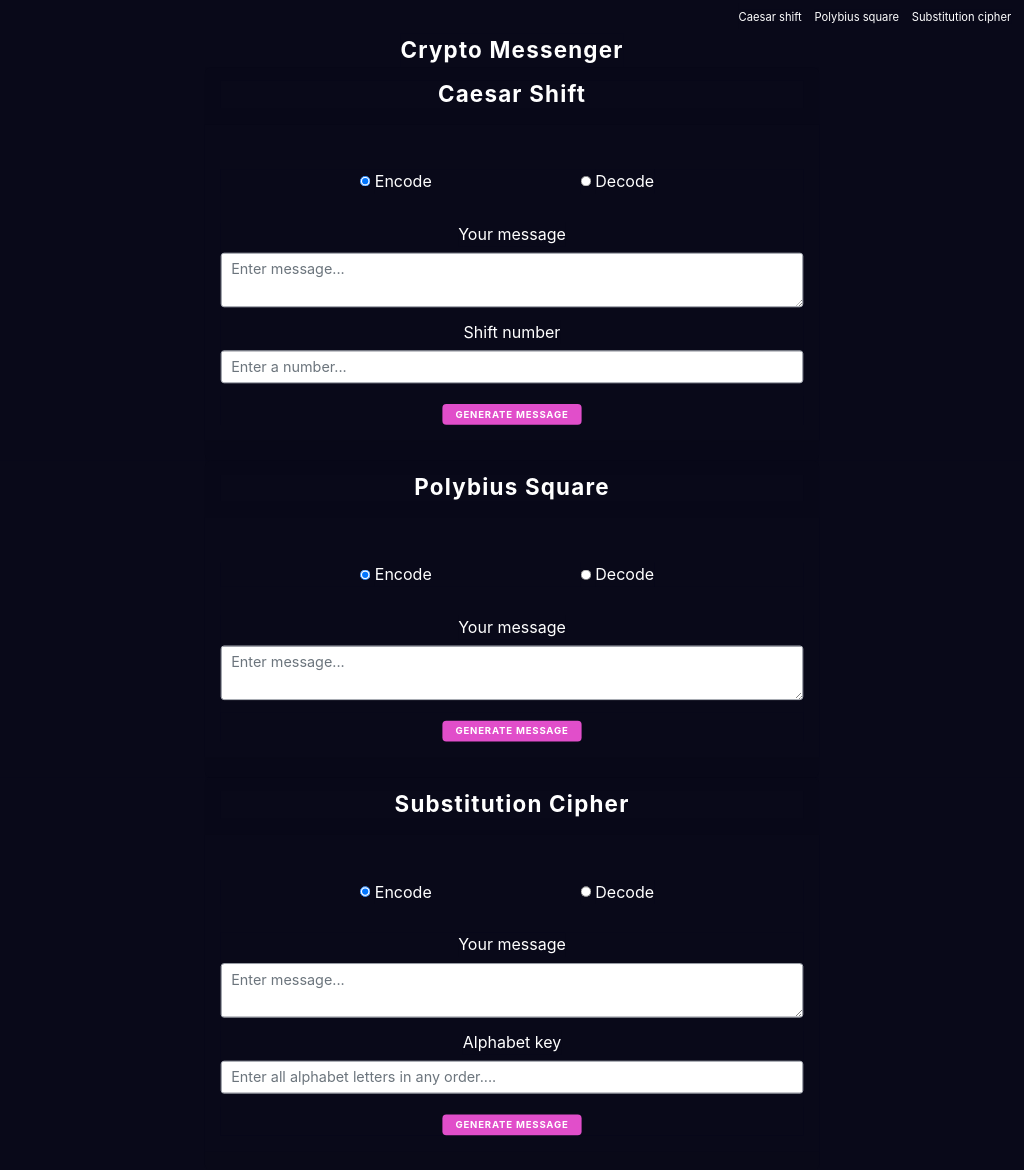
Repository: Rthompson2548/Project-Decoder-Ring
Page: index.html
These files come from the project's save history. The page is drawn as it stood at one moment and after the next save; the edit follows.
The browser window is 1280 px wide. The pictures show the whole page, at 80% of full size.

Above is the page before, as saved 2022-04-09 20:20:36.

### index.html
<!DOCTYPE html>
<html lang="en">

<head>
  <!-- Required meta tags -->
  <meta charset="utf-8" />
  <meta name="viewport" content="width=device-width, initial-scale=1, shrink-to-fit=no" />
  <link rel="icon" href="images/favicon.ico" />
  <link rel="stylesheet" type="text/css" href="index.css" />
  <link rel="stylesheet" href="https://stackpath.bootstrapcdn.com/bootstrap/4.5.2/css/bootstrap.min.css"
    integrity="sha384-JcKb8q3iqJ61gNV9KGb8thSsNjpSL0n8PARn9HuZOnIxN0hoP+VmmDGMN5t9UJ0Z" crossorigin="anonymous" />
<link rel="preconnect" href="https://fonts.googleapis.com">
<link rel="preconnect" href="https://fonts.gstatic.com" crossorigin>
<link href="https://fonts.googleapis.com/css2?family=Archivo&family=Montserrat&family=Work+Sans&display=swap"
  rel="stylesheet">
  <title>Crypto-Messenger</title>
</head>

<body>
  <header class="container-fluid border-0">
    <div class="nav-bar fixed-top">
      <div class="nav-bar">
        <a href="#caesar-shift"> <span class="nav-bar-item">
            Caesar shift
          </span> </a>
          <a href="#polybius-square"> <span class="nav-bar-item">
            Polybius square
          </span> </a>
          <a href="#substitution-cipher"> <span class="nav-bar-item">
            Substitution cipher
          </span> </a>
      </div>
    </div>
  </header>
  <main>
    <div class="header">
      <span class="page-title">
        Crypto Messenger
      </span>
      <!-- <p>Use ciphers to encode & decode messages</p> -->
      </div>

    <div class="page-content">
      <!-- Caesar Shift -->
      <section>
        <div class="language-card" id="caesar-shift">
          <div class="card-header">
            <h2 class="language-card-title">Caesar Shift</h2>
            </div>
            <div class="card-body">

            <form id="caesar">
<!-- encode/decode radio option buttons -->
              <div class="encode-decode-options">
                <!-- encode option radio button -->
                <div class="form-check form-check-inline">
                  <input class="form-check-input" type="radio" name="caesar-options" id="caesar-options-encode" value="encode" checked />

                  <label class="form-check-label" for="caesar-options-encode">
                    Encode
                  </label>

                </div>
<!-- decode option radio button -->
                <div class="form-check form-check-inline">
                  <input class="form-check-input" type="radio" name="caesar-options" id="caesar-options-decode" value="decode" />

                  <label class="form-check-label" for="caesar-options-decode">
                    Decode
                  </label>

                </div>
              </div>

              <div class="form-group">
                <label for="caesar-input">Your message</label>
                <textarea class="form-control" id="caesar-input" rows="2" placeholder="Enter message..."></textarea>
                </div>
                <div class="form-group">
                  <label for="caesar-shift">Shift number</label>
                  <input type="number" class="form-control" id="caesar-shift" placeholder="Enter a number..." />
                </div>
              <div class="submit-button-container">
                <button class="submit-button" type="submit">GENERATE MESSAGE</button>
              </div>
            </form>
            </div>
          <div id="caesar-alert" class="alert alert-danger d-none" role="alert"> Something went wrong! Check your input
            and the shift amount and try again. </div>
          <div class="card-footer"><span class="font-weight-bold" id="caesar-output"></span> </div>
          </div>
          </section>
      <!-- Polybius -->
      <section>
        <div class="language-card" id="polybius-square">
          <div class="card-header">
            <h2 class="language-card-title">Polybius Square</h2>
            </div>
            <div class="card-body">
            <!-- <p class="language-card-description"> The Polybius Square is a cipher that is achieved by arranging a
              typical alphabet into a grid. Each letter is represented through a coordinate. For example, in the above
              table, the letter "B" would be represented by the numerical pair "21". </p> -->
            <form id="polybius">
              <div class="encode-decode-options">
                <div class="form-check form-check-inline">
                  <input class="form-check-input" type="radio" name="polybius-options" id="polybius-options-encode" value="encode"
                    checked />
                  <label class="form-check-label" for="polybius-options-encode">Encode</label>
                </div>
                <div class="form-check form-check-inline">
                  <input class="form-check-input" type="radio" name="polybius-options" id="polybius-options-decode" value="decode" />
                  <label class="form-check-label" for="polybius-options-decode">Decode</label>
                </div>
              </div>
              <div class="form-group">
                <label for="polybius-input">Your message</label>
                <textarea class="form-control" id="polybius-input" rows="2" placeholder="Enter message..."></textarea>
                </div>
              <div class="submit-button-container">
                <button class="submit-button" type="submit">GENERATE MESSAGE</button>
              </div>
            </form>
            </div>
          <div id="polybius-alert" class="alert alert-danger d-none" role="alert"> Something went wrong! Check your
            input and try again. </div>
          <div class="card-footer"><span class="font-weight-bold" id="polybius-output"></span> </div>
          </div>
          </section>
      <!-- Substitution -->
      <section id="substitution-cipher">
        <div class="language-card">
          <div class="card-header">
            <h2 class="language-card-title">Substitution Cipher</h2>
            </div>
            <div class="card-body">

            <form id="substitution">
              <div class="encode-decode-options">
                <div class="form-check form-check-inline">
                  <input class="form-check-input" type="radio" name="substitution-options" id="substitution-options-encode"
                    value="encode" checked />
                  <label class="form-check-label" for="substitution-options-encode">Encode</label>
                </div>
                <div class="form-check form-check-inline">
                  <input class="form-check-input" type="radio" name="substitution-options" id="substitution-options-decode"
                    value="decode" />
                  <label class="form-check-label" for="substitution-options-decode">Decode</label>
                </div>
              </div>
              <div class="form-group">
                <label for="substitution-input">Your message</label>
                <textarea class="form-control" id="substitution-input" rows="2" placeholder="Enter message..."></textarea>
                </div>
                <div class="form-group">
                  <label for="substitution-alphabet">Alphabet key</label>
                  <input type="text" class="form-control" id="substitution-alphabet" maxlength="26"
                    placeholder="Enter all alphabet letters in any order...." />
                </div>
              <div class="submit-button-container">
                <button class="submit-button" type="submit">GENERATE MESSAGE</button>
              </div>
            </form>
            </div>
          <div id="substitution-alert" class="alert alert-danger rounded-0 d-none" role="alert"> Something went wrong!
            Check your input and alphabet key. </div>
          <div class="card-footer border-0"><span class="font-weight-bold" id="substitution-output"></span> </div>
          </div>
          </section>
    </div>

  </main>
  <script src="./scripts/setup.js"></script>
  <script src="./src/caesar.js"></script>
  <script src="./src/polybius.js"></script>
  <script src="./src/substitution.js"></script>
  <script src="./scripts/caesar.js"></script>
  <script src="./scripts/polybius.js"></script>
  <script src="./scripts/substitution.js"></script>
</body>

</html>

### index.css
* {
  background-color: rgb(9 9 25);
  color: #fff;
  margin: 0;
  padding: 0;
}

html, body, #page {
    /* height:100%; */
    /* width:100%; */
    margin:0;
    padding:0;
    font-family: 'Montserrat', sans-serif;
}

input, textarea {
  font-size: 18px !important;
}

.page-content {
  /* font-family: 'Space Mono', monospace; */
  align-items: center;
  /* width: 750px; */
}

.page-title {
  color: #fff;
  font-size: 28px;
  font-weight: bold;
  display: flex;
  letter-spacing: 1.5px;
  justify-content: center;
  margin-top: 42px;
}

.nav-bar {
  display: flex;
  justify-content: center;
  padding: 4px 0;
}

.nav-bar-item {
  font-size: 14px;
  margin-right: 16px;
}

.header {
  display: flex;
  justify-content: center;
}

.encode-decode-options {
  display: flex;
  justify-content: space-evenly;
  margin: 36px 0;
  font-size: 15px;
}

section {
  text-align: center;
}

label {
  font-size: 20px;
}

.language-card {
  display: inline-block;
  width: 60%;
  color: #000;
  border: none;
  border-radius: 8px;
  margin: 0 10%;
}

.language-card-title {
  font-size: 28px !important;
  font-weight: bold;
  letter-spacing: 1.5px;
  margin-top: 5px;
}

.language-card-description {
  /* font-size: 240px; */
  line-height: 1.5rem;
  letter-spacing: 0.5px;
  margin-bottom: 18px;
}

.submit-button-container {
  display: flex;
  justify-content: center;
}

.submit-button {
  background-color: rgb(225 78 202);
  border: none;
  color: #fff;
  border-radius: 5px;
  padding: 4px 16px;
  margin-top: 10px;
  font-size: 12px;
  letter-spacing: 1px;
  font-weight: bold;
}

@media (min-width: 1000px) {

  .page-content {

  }

  .nav-bar {
    justify-content: end;
  }

  .language-card-title {
    font-size: 16px;
  }

  .language-card-description {
    font-size: 12px;
  }


}

### src/caesar.js
const caesarModule = (function() {
    function caesar(input, shift, encode = true) {
        if (!shift || shift === 0 || shift < -25 || shift > 25) return false;
        /* create a variable that takes the input value and converts it to lower case letters so that all characters have the correct ascii values */
        let word = input.toLowerCase().split("");

        /** will subtract the shift value from the word if "decode" to return the original letters of the word */
        if (!encode) shift = 0 - shift;
        // create a variable that maps each letter of the word
        const message = word.map((letter) => {
            let asciiValue = letter.charCodeAt(0) - 97;
            if (asciiValue < 0 || asciiValue > 26) return letter;

            /* add the ascii code value of the letter to the
            shift argument value to convert  it to the right
            character */
            asciiValue += shift;

            /* if the character's value is less than the 'a' value,
            add 26 to it so that it wraps around the alphabet. */
            if (asciiValue < 0) asciiValue += 26;
            asciiValue = asciiValue % 26;

            /* why do we add the ascii value to 97, which is 'a', if
            we already added it's ascii value to shift? Isn't that how
            we encode the message? */

            asciiValue += 97;

            /* user String.fromCharCode to connect the ascii
            code message back to letter values */
            return String.fromCharCode(asciiValue);
        });

        /* join each new character together to create a full word */
        return message.join("");
    }


    return {
        caesar,
    };
})();

module.exports = {
    caesar: caesarModule.caesar
};

### src/polybius.js
const polybiusModule = (function() {
    function polybius(input, encode = true) {
        /* create a variable that takes the input message, converts it all to lowercase, and use split to return an array of each letter separated by a single comma */
        const split = input.toLowerCase().split("");
        /* create an array of every letter(s) in the polybius square. This array will be separated into multiple inner arrays of letters within the array according to their row */
        const polybiusSquare = [
            ["a", "b", "c", "d", "e"],
            ["f", "g", "h", "(i/j)", "k"],
            ["l", "m", "n", "o", "p"],
            ["q", "r", "s", "t", "u"],
            ["v", "w", "x", "y", "z"],
        ];
        /* create an if statement for what to do if the inputted message should be encoded */
        if (encode) {
            /* create a variable that uses map method on the lowercase message */
            const codedMessage = split.map((letter) => {
                /* create a variable that takes each character from the inputted message array and converts it into it's unicode value. */
                const asciiLetterValue = letter.charCodeAt(0);
                /* use an if statement to return only characters between
                   lowercase 'a' and 'z' ascii values, as well as checking that
                   the character is not a space  */
                if ((asciiLetterValue < 97 || asciiLetterValue > 122) && asciiLetterValue != 32) return;
                /* run a for loop through the polybius square array */
                for (let i = 0; i < polybiusSquare.length; i++) {
                    /* run a for loop within that for loop through each inner array */
                    for (let j = 0; j < polybiusSquare[i].length; j++) {
                        if (polybiusSquare[i][j] === letter) return `${j + 1}${i + 1}`;
                        if (letter === "i" || letter === "j") return "42";
                        if (letter === " ") return " ";
                    }
                }
            });
            /* return the variable that split and lower case'd the original message argument */
            return codedMessage.join("");
        }

        /* decode */

        /* set a variable as an empty string to hold decoded message */
        let codedMessage = "";
        /* run a for loop through the message array, but increment i by 2, because each encoded character amounts to 2 number values */
        for (let i = 0; i < split.length; i += 2) {
            /* create an if statement that checks if the value in the message is a space */
            if (split[i] === " ") {
                /* if the value is true, then add a space string to the decoded message string */
                codedMessage += " ";
                /* switch incrementor to go back one "a" value in order to not include the next number in the string */
                i--;
                /* run a continue statement, which will terminate the i-1 incrementor and return back to a+=2 for the next numbers in the string*/
                continue;
            }
            if (!split[i + 1]) return false; // invalid number of characters
            codedMessage += polybiusSquare[split[i + 1] - 1][split[i] - 1];
        }
        // return the coded message

        return codedMessage;
    }

    return {
        polybius,
    };
})();

module.exports = {
    polybius: polybiusModule.polybius
};

### src/substitution.js
const substitutionModule = (function () {
/* helper function for message and both alphabet strings */
    function mapInput(message, alphabetA, alphabetB) {

        /* use the map method on the input message */
        return message.map((letter) => {
            const index = alphabetA.indexOf(letter);
            /* if statement that returns any characters that
             were not found in the string */
            if (index === -1) return letter;
            return alphabetB[index];
        });
    }

  function substitution(input, alphabet, encode = true) {
        if (!alphabet || alphabet.length != 26) return false;

        /* variable that takes the correct alphabet
        string and returns an array of the letters, separated by a comma */
        const abc = "abcdefghijklmnopqrstuvwxyz".split("");

        /* variable that takes the alphabet argument and
        returns it in lower case, separated by commas */
        const splitAlphabet = alphabet.toLowerCase().split("");

        /* variable that takes the message argument,
        and returns it converted to lower case and separated
        by commas */
        const message = input.toLowerCase().split("");

        /* use a nested for loop to compare the characters
          in the alphabet argument to check for uniqueness */
        for (let i = 0; i < splitAlphabet.length; i++) {
            for (let j = i + 1; j < splitAlphabet.length; j++) {
                if (splitAlphabet[i] === splitAlphabet[j]) return false;
            }
        }

        if (encode) return mapInput(message, abc, splitAlphabet).join("");
        return mapInput(message, splitAlphabet, abc).join("");
}

  return {
    substitution,
  };
})();

module.exports = { substitution: substitutionModule.substitution };

### scripts/caesar.js
function caesarRenderer() {

  const form = document.querySelector("#caesar");

  form.addEventListener("submit", (event) => {
    event.preventDefault();

    /** grabs input value via the textarea's id */
    const input = event.target["caesar-input"].value;

    /** direction will be either "encode" or "decode" */
    const direction = event.target["caesar-options"].value;

    /** grabs the value of the shift number input (aka the number to shift the message by) */
    const shift = event.target["caesar-shift"].value;

    /** sets the value of the shift in integer form */
    const result =
      direction === "encode"
        ? caesarModule.caesar(input, Number(shift))
        : caesarModule.caesar(input, Number(shift), false);

    const alert = document.querySelector("#caesar-alert");

    if (result) {
      alert.classList.add("d-none");
      const output = document.querySelector("#caesar-output");
      output.innerHTML = result;
    } else {
      alert.classList.remove("d-none");
    }
  });
}

document.addEventListener("DOMContentLoaded", caesarRenderer);

### scripts/polybius.js
function polybiusRenderer() {
  const form = document.querySelector("#polybius");
  form.addEventListener("submit", (event) => {
    event.preventDefault();

    const input = event.target["polybius-input"].value;
    const direction = event.target["polybius-options"].value;
    const result =
      direction === "encode"
        ? polybiusModule.polybius(input)
        : polybiusModule.polybius(input, false);

    const alert = document.querySelector("#polybius-alert");
    if (result) {
      alert.classList.add("d-none");
      const output = document.querySelector("#polybius-output");
      output.innerHTML = result;
    } else {
      alert.classList.remove("d-none");
    }
  });
}

document.addEventListener("DOMContentLoaded", polybiusRenderer);

### scripts/substitution.js
function substitutionRenderer() {
  const form = document.querySelector("#substitution");
  form.addEventListener("submit", (event) => {
    event.preventDefault();

    const input = event.target["substitution-input"].value;
    const direction = event.target["substitution-options"].value;
    const alphabet = event.target["substitution-alphabet"].value;
    const result =
      direction === "encode"
        ? substitutionModule.substitution(input, alphabet)
        : substitutionModule.substitution(input, alphabet, false);

    const alert = document.querySelector("#substitution-alert");
    if (result) {
      alert.classList.add("d-none");
      const output = document.querySelector("#substitution-output");
      output.innerHTML = result;
    } else {
      alert.classList.remove("d-none");
    }
  });
}

document.addEventListener("DOMContentLoaded", substitutionRenderer);

Loaded but not shown: scripts/setup.js (common file)

After the next save:
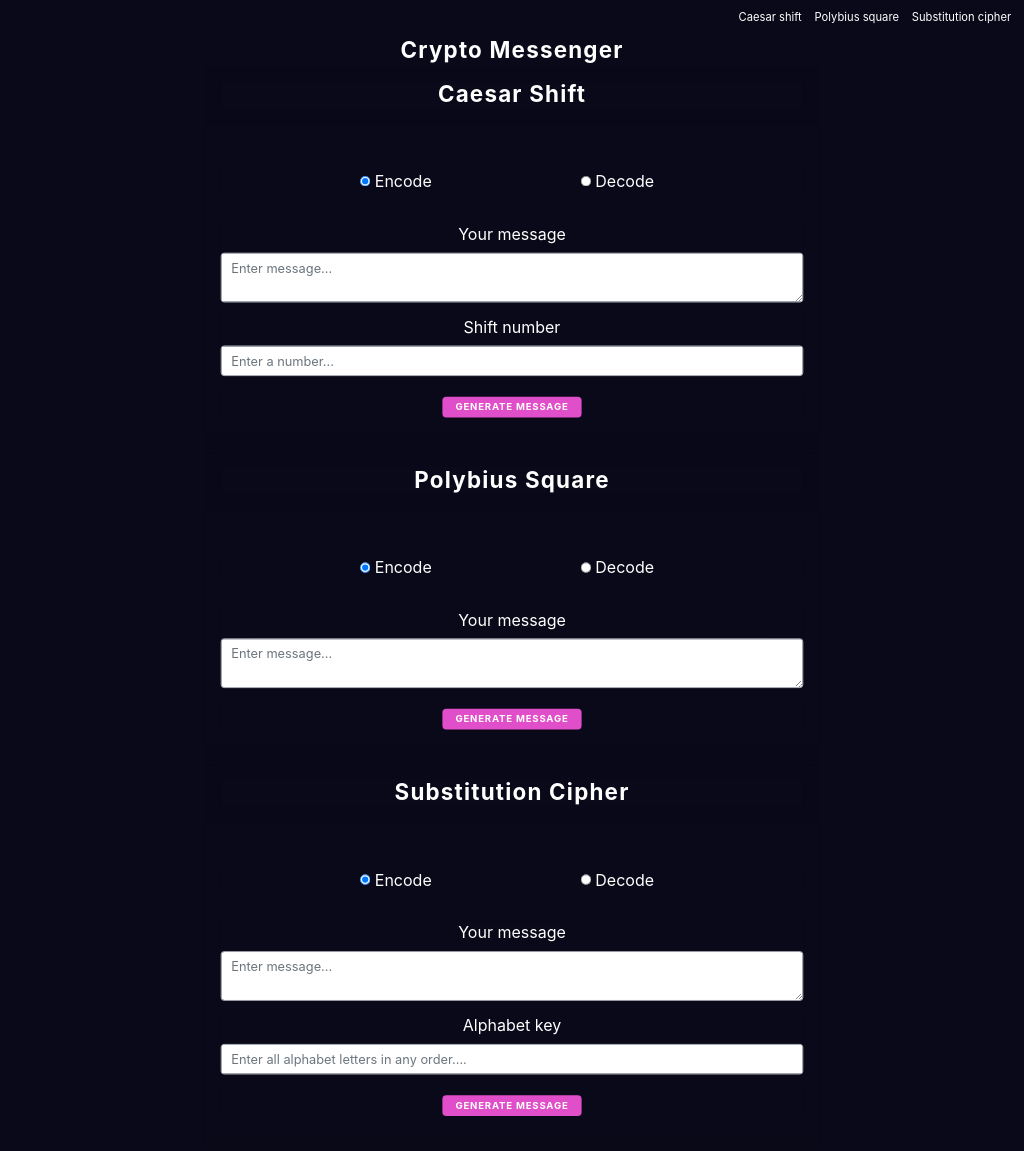
Saved 4 s later.
--- a/index.css
+++ b/index.css
@@ -14,7 +14,7 @@ html, body, #page {
 }
 
 input, textarea {
-  font-size: 18px !important;
+  font-size: 16px !important;
 }
 
 .page-content {
